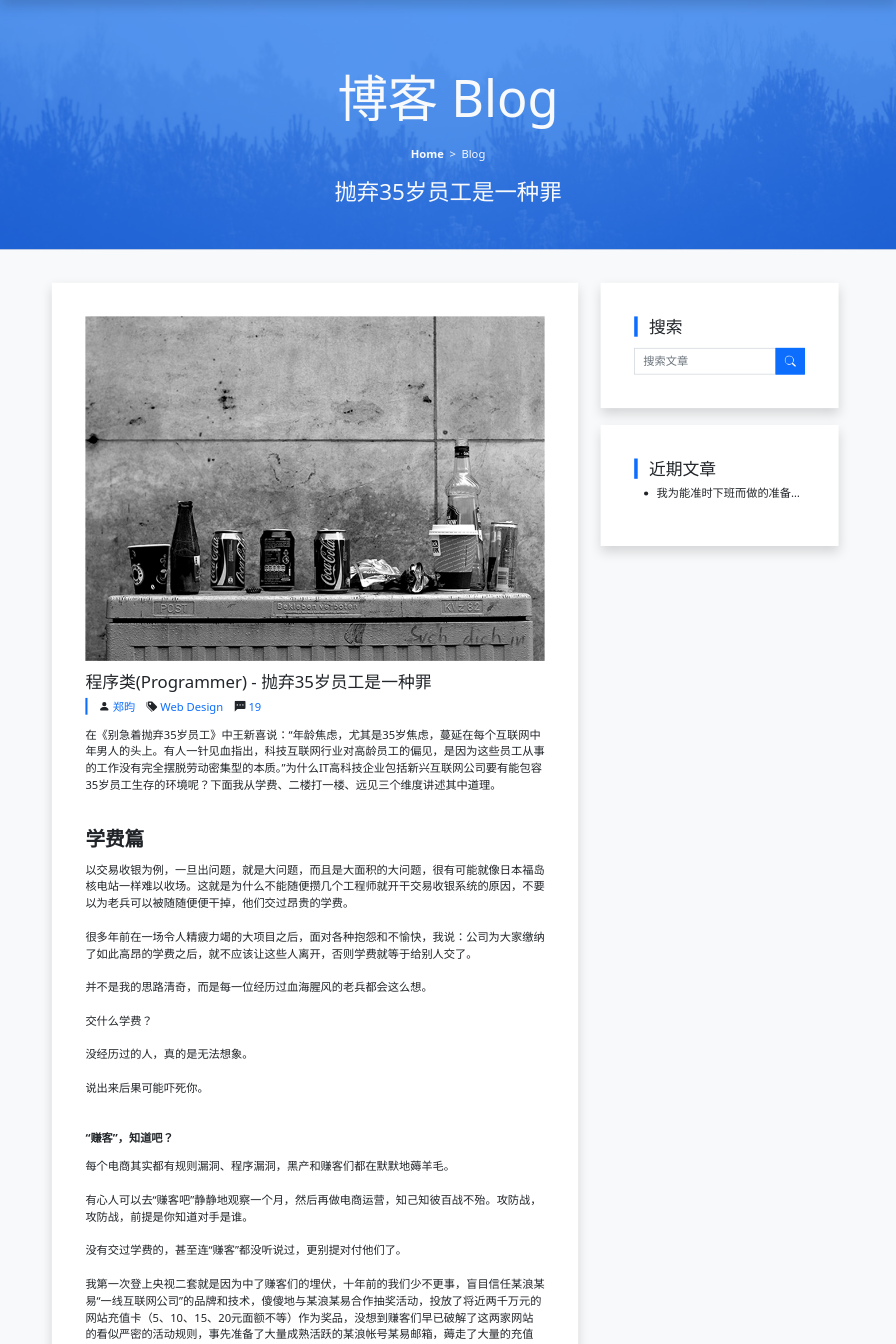
Repository: herjuandlonely/github.io
Page: index-blog.html
An editor plug-in stored every save of this project. The page is shown before and after the next save, followed by the edit.
The browser window is 1280 px wide. The pictures show the part of the page from y = 0 to 1920 px (the page is 3872 px tall), at 70% of full size.
Backgrounds fixed to the window are drawn as part of the page.

Above is the page before, as saved 2022-07-01 16:19:01.

After the next save:
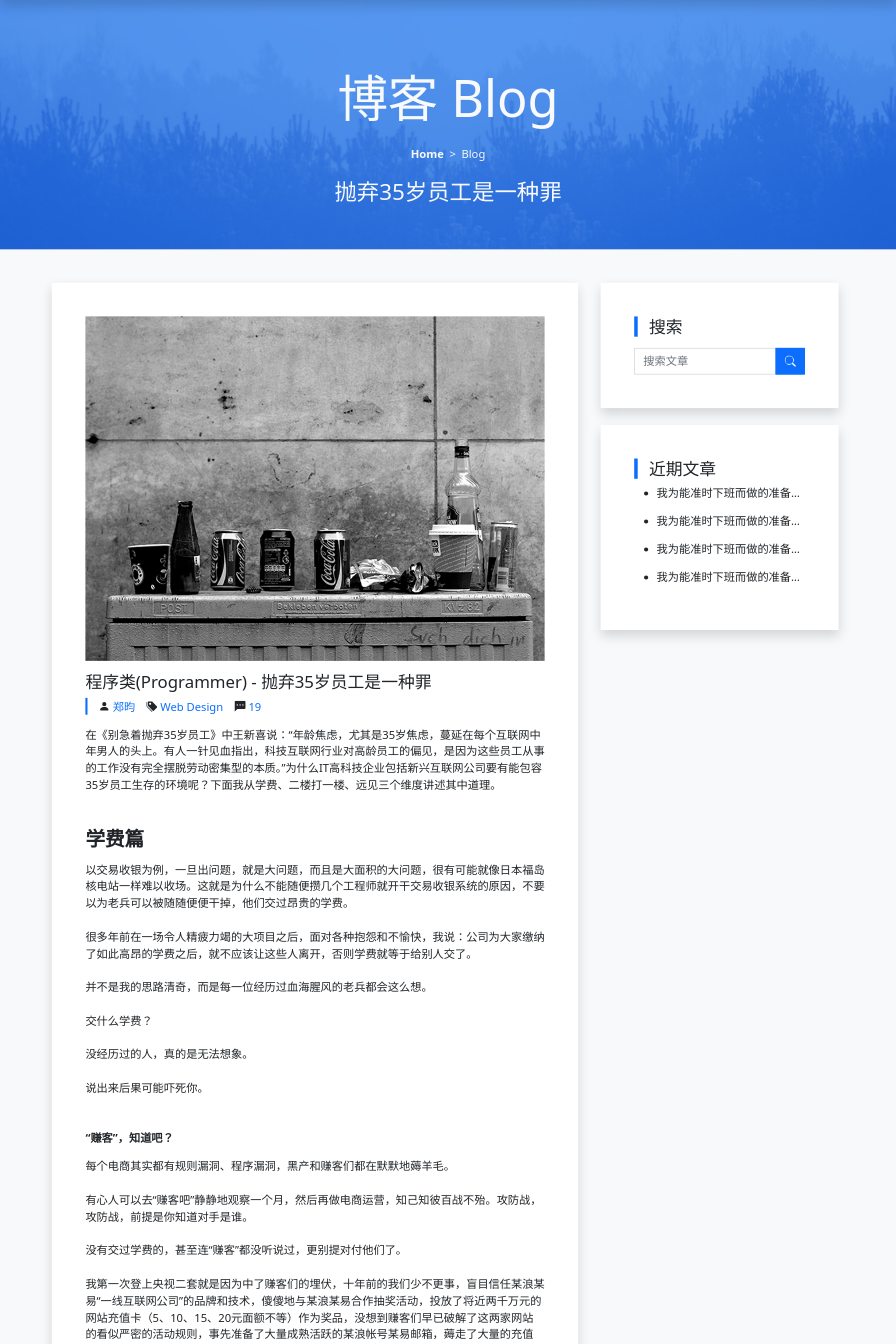
Saved 9 s later.
--- a/index-blog.html
+++ b/index-blog.html
@@ -215,6 +215,21 @@
                                 <p class="textUl">我为能准时下班而做的准备，以及由此的收获，同时总结下不足</p>
                             </a>
                         </li>
+                        <li>
+                            <a href="#" class="text-decoration-none text-dark">
+                                <p class="textUl">我为能准时下班而做的准备，以及由此的收获，同时总结下不足</p>
+                            </a>
+                        </li>
+                        <li>
+                            <a href="#" class="text-decoration-none text-dark">
+                                <p class="textUl">我为能准时下班而做的准备，以及由此的收获，同时总结下不足</p>
+                            </a>
+                        </li>
+                        <li>
+                            <a href="#" class="text-decoration-none text-dark">
+                                <p class="textUl">我为能准时下班而做的准备，以及由此的收获，同时总结下不足</p>
+                            </a>
+                        </li>
                     </ul>
                 </div>
             </div>
